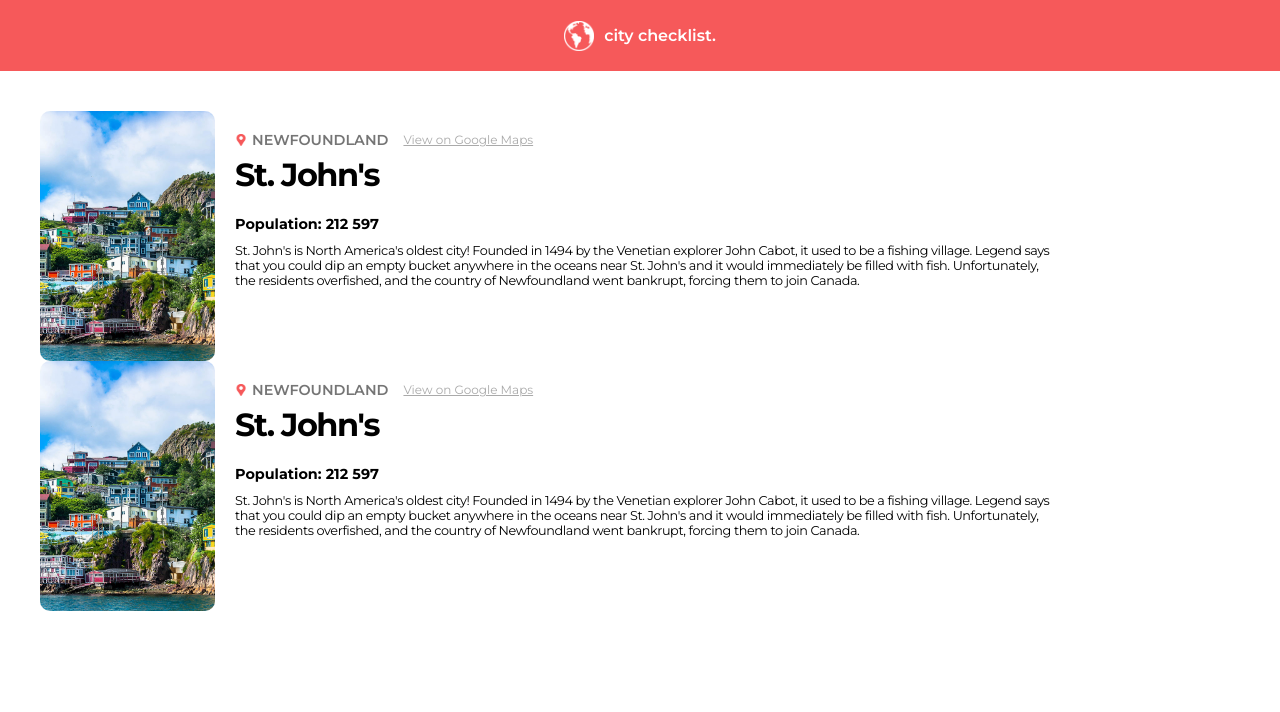
Repository: jsong552/my-city-checklist
Page: /
The author's editor kept a copy of each file at every save. The page is drawn from the files as they stood at one save, then again after the next save.
The browser window is 1280 px wide. The pictures show the whole page.
The project was rebuilt for these pictures with package versions that can differ from the ones it lists, and the page was loaded fresh each time. Imported but missing from the stored project, and not drawn on this page: src/reportWebVitals.

Above is the page before, as saved 2023-12-29 19:14:01.

After the next save:
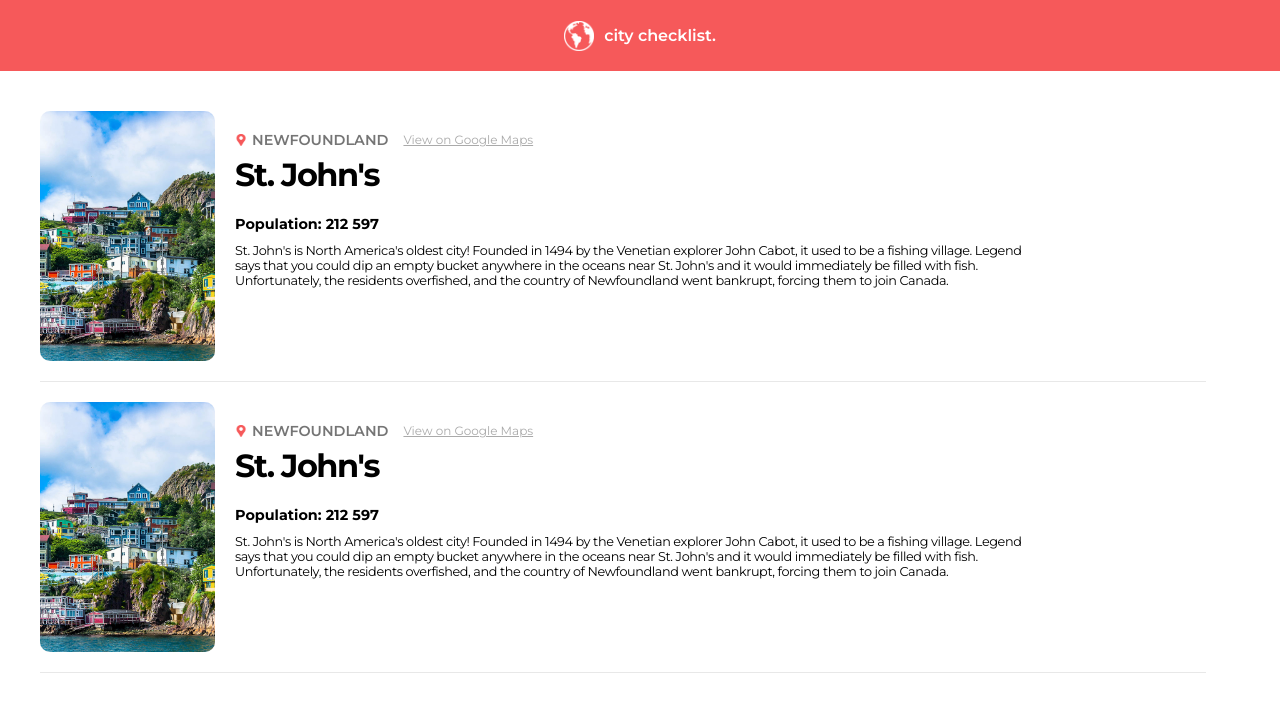
Saved 45 s later.
--- a/src/index.css
+++ b/src/index.css
@@ -25,12 +25,16 @@ body {
 
 .cardsContainer {
     margin-left: 40px;
-    margin-top: 40px;
+    margin-top: 20px;
 }
 
 .card {
+    padding-top: 20px;
+    padding-bottom: 20px;
+    border-bottom: 1px solid #bbbbbb55;
     display: flex;
     font-family: Montserrat;
+    width: 94%;
 }
 
 .imageOfLocation {
@@ -43,7 +47,7 @@ body {
 .cardInfo {
     margin-left: 20px;
     padding-top: 20px;
-    width: 66%;
+    width: 69%;
 }
 
 .locationMarker {
